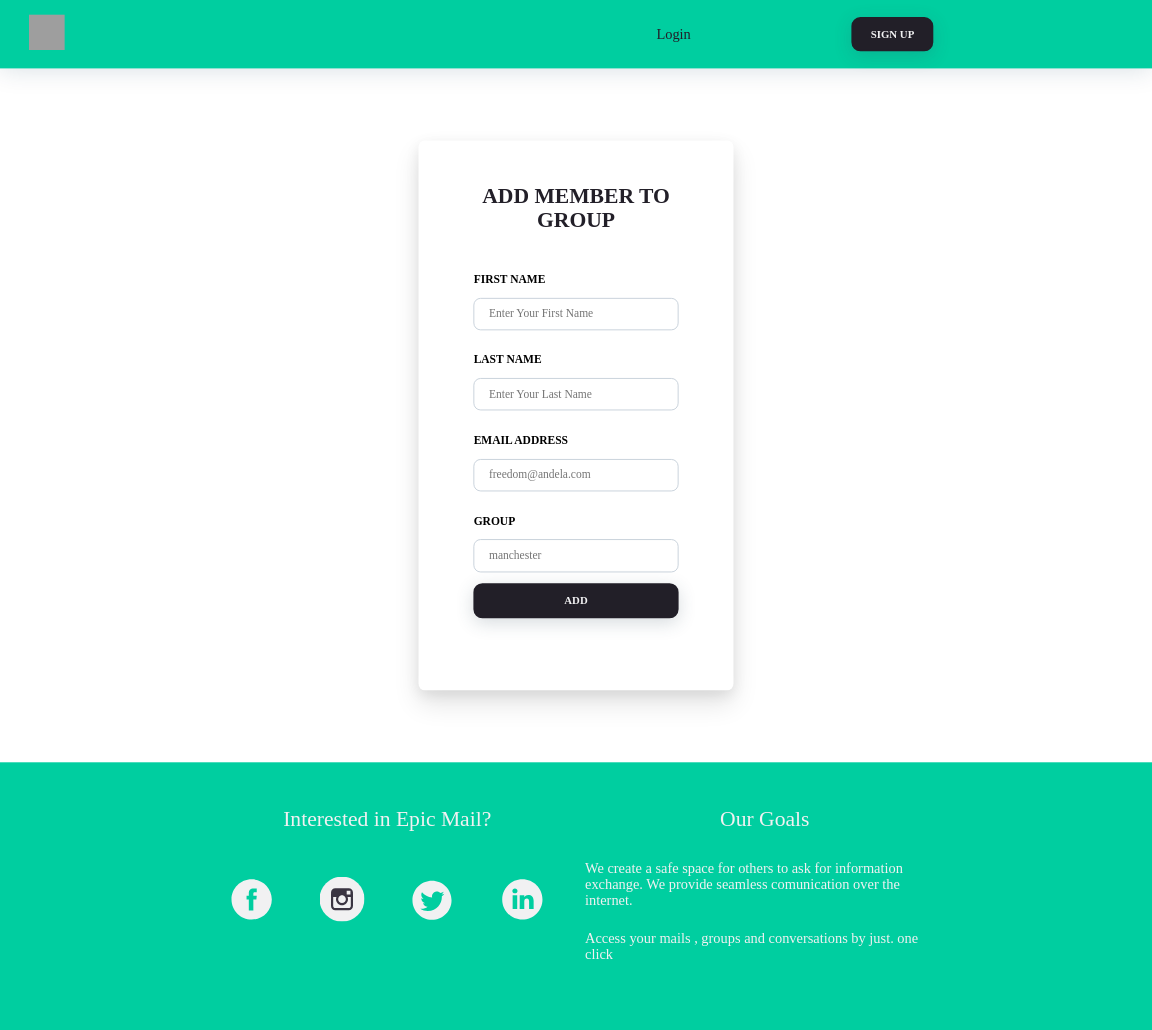
Repository: Gfreedoms/Epic-Mail
Page: pages/add-member.html
These files come from the project's save history. The page is drawn as it stood at one moment and after the next save; the edit follows.
The browser window is 1280 px wide. The pictures show the whole page, at 90% of full size.
Pictures or frames that could not be fetched are drawn as grey boxes. Some web fonts or font styles are not loaded; a fallback is used.

Above is the page before, as saved 2019-02-28 06:31:20.

After the next save:
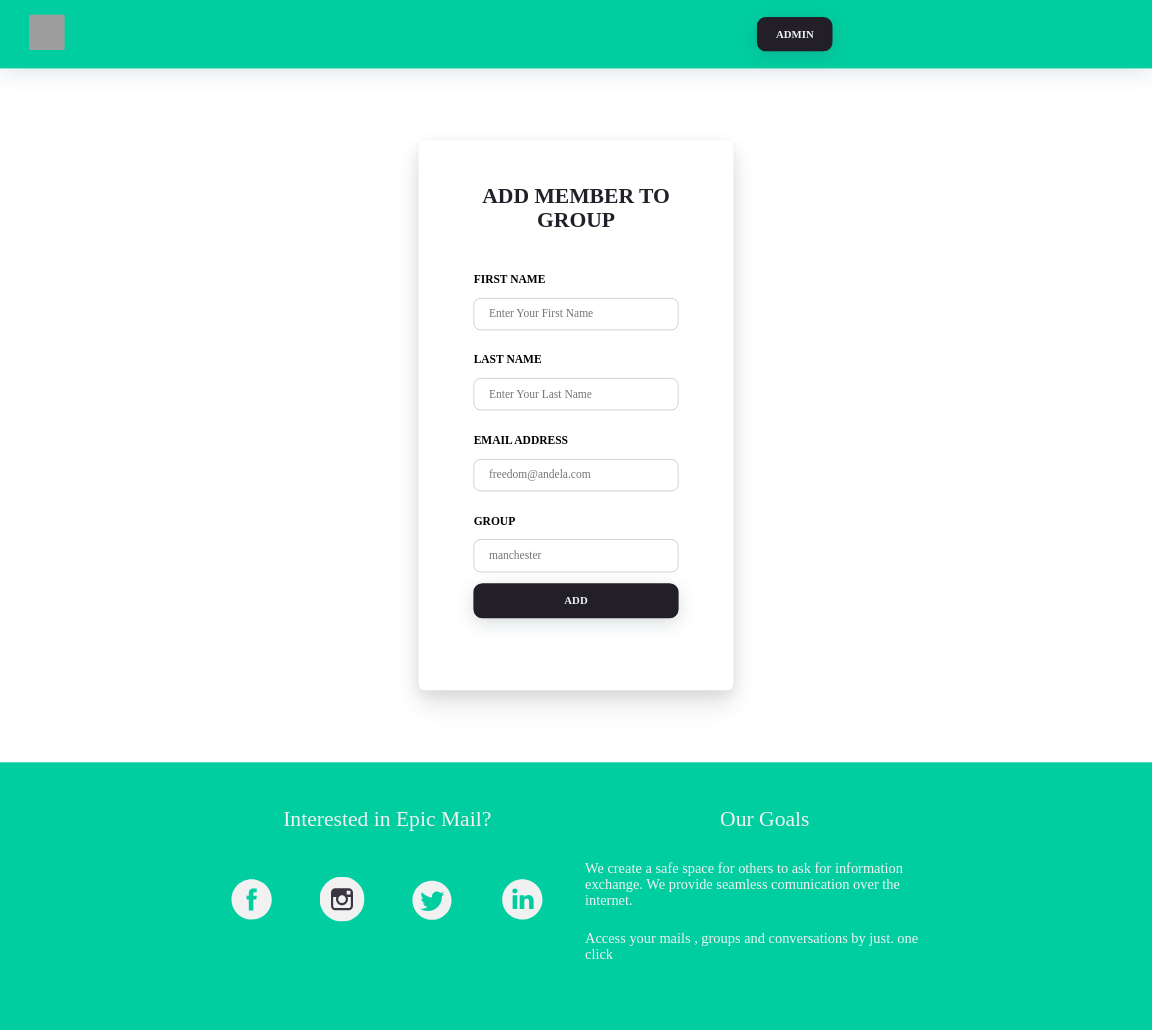
Saved 111 s later.
--- a/pages/add-member.html
+++ b/pages/add-member.html
@@ -25,8 +25,8 @@
 				<img src="../assets/imgs/logo.svg" alt="">
 			</a>
 			<ul class="nav-menu">
-				<li><a class="hover-t" href="./login.html">Login</a></li>
-				<li><a class="reg-btn box-sh-dark hover-lg" href="./register.html">Sign Up</a></li>
+
+				<li><a class="reg-btn box-sh-dark hover-lg" href="./profile.html">Admin</a></li>
 			</ul>
 			<a id="menu" href="">
 				<img src="../assets/imgs/menu.svg" alt="">
